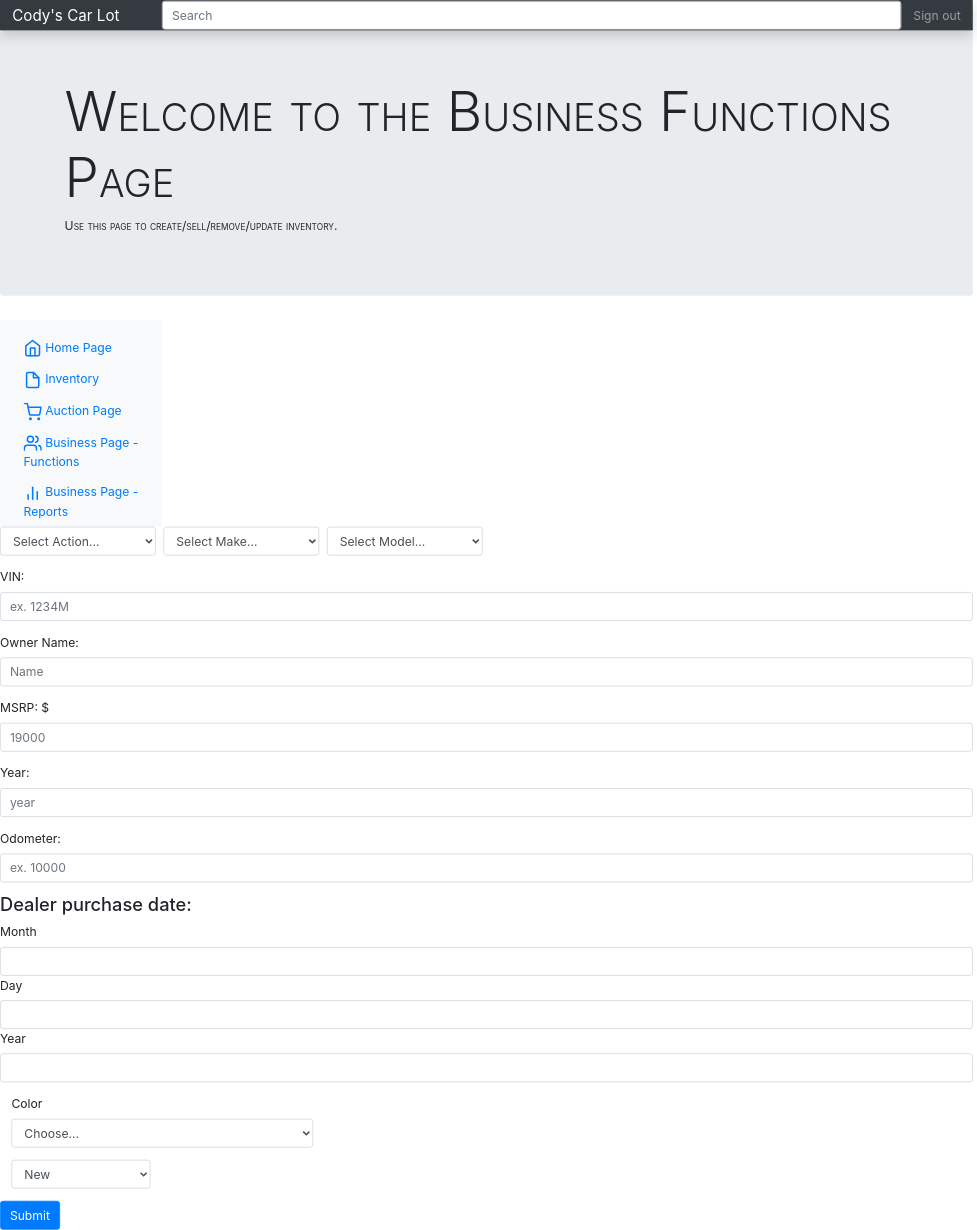
Repository: CodyHogge/CarDealershipProject
Page: http://localhost/CarDealershipProject/booted_functions.jsp
An editor plug-in stored every save of this project. The page is shown before and after the next save, followed by the edit.
The browser window is 1280 px wide. The page is 1285 px wide, so the pictures cover 1285 px, including what lies to the right of the window. The pictures show the whole page, at 76% of full size.
The page is served by Tomcat 9. Other server files are loaded and not shown.

Above is the page before, as saved 2020-09-16 16:35:59.

### CarDealershipProject/WebContent/booted_functions.jsp
<%@ taglib prefix="c" uri="http://java.sun.com/jsp/jstl/core" %>
<%@ page language="java" contentType="text/html; charset=ISO-8859-1"
    pageEncoding="ISO-8859-1"%>
<!DOCTYPE html>
<html>
<head>
<meta charset="ISO-8859-1">
<title>Cody's Car Lot</title>
<link rel="stylesheet" href="https://stackpath.bootstrapcdn.com/bootstrap/4.5.2/css/bootstrap.min.css" integrity="sha384-JcKb8q3iqJ61gNV9KGb8thSsNjpSL0n8PARn9HuZOnIxN0hoP+VmmDGMN5t9UJ0Z" crossorigin="anonymous">
<link rel="stylesheet" href="./styles/styles.css">
</head>
<body>
	<nav class="navbar navbar-dark sticky-top bg-dark flex-md-nowrap p-0 shadow">
  		<a class="navbar-brand col-md-3 col-lg-2 mr-0 px-3" href="#">Cody's Car Lot</a>
  			<button class="navbar-toggler position-absolute d-md-none collapsed" type="button" data-toggle="collapse" data-target="#sidebarMenu" aria-controls="sidebarMenu" aria-expanded="false" aria-label="Toggle navigation">
    			<span class="navbar-toggler-icon"></span>
  			</button>
  		<input class="form-control form-control-dark w-100" type="text" placeholder="Search" aria-label="Search">
  		<ul class="navbar-nav px-3">
    		<li class="nav-item text-nowrap">
      			<a class="nav-link" href="#">Sign out</a>
    		</li>
  		</ul>
	</nav>

	<div class="jumbotron">
    	<div class="container">
      		<h1 class="display-3">Welcome to the Business Functions Page</h1>
      		<p>Use this page to create/sell/remove/update inventory.</p>
    	</div>
  	</div>



	<div class="container-fluid">
  		<div class="row">
    		<nav id="sidebarMenu" class="col-md-3 col-lg-2 d-md-block bg-light sidebar collapse show" style="">
      			<div class="sidebar-sticky pt-3">
        			<ul class="nav flex-column">
          				<li class="nav-item">
            				<a class="nav-link active" href="booted_home.jsp">
              					<svg xmlns="http://www.w3.org/2000/svg" width="24" height="24" viewBox="0 0 24 24" fill="none" stroke="currentColor" stroke-width="2" stroke-linecap="round" stroke-linejoin="round" class="feather feather-home"><path d="M3 9l9-7 9 7v11a2 2 0 0 1-2 2H5a2 2 0 0 1-2-2z"></path><polyline points="9 22 9 12 15 12 15 22"></polyline></svg>
              					Home Page
            				</a>
          				</li>
          				<li class="nav-item">
            				<a class="nav-link" href="booted_inventory.jsp">
              					<svg xmlns="http://www.w3.org/2000/svg" width="24" height="24" viewBox="0 0 24 24" fill="none" stroke="currentColor" stroke-width="2" stroke-linecap="round" stroke-linejoin="round" class="feather feather-file"><path d="M13 2H6a2 2 0 0 0-2 2v16a2 2 0 0 0 2 2h12a2 2 0 0 0 2-2V9z"></path><polyline points="13 2 13 9 20 9"></polyline></svg>
              					Inventory
            				</a>
          				</li>
          				<li class="nav-item">
            				<a class="nav-link" href="booted_auction.jsp">
              					<svg xmlns="http://www.w3.org/2000/svg" width="24" height="24" viewBox="0 0 24 24" fill="none" stroke="currentColor" stroke-width="2" stroke-linecap="round" stroke-linejoin="round" class="feather feather-shopping-cart"><circle cx="9" cy="21" r="1"></circle><circle cx="20" cy="21" r="1"></circle><path d="M1 1h4l2.68 13.39a2 2 0 0 0 2 1.61h9.72a2 2 0 0 0 2-1.61L23 6H6"></path></svg>
              					Auction Page
            				</a>
          				</li>
          				<li class="nav-item">
            				<a class="nav-link" href="booted_functions.jsp">
              					<svg xmlns="http://www.w3.org/2000/svg" width="24" height="24" viewBox="0 0 24 24" fill="none" stroke="currentColor" stroke-width="2" stroke-linecap="round" stroke-linejoin="round" class="feather feather-users"><path d="M17 21v-2a4 4 0 0 0-4-4H5a4 4 0 0 0-4 4v2"></path><circle cx="9" cy="7" r="4"></circle><path d="M23 21v-2a4 4 0 0 0-3-3.87"></path><path d="M16 3.13a4 4 0 0 1 0 7.75"></path></svg>
              					Business Page - Functions <span class="sr-only">(current)</span>
            				</a>
          				</li>
          				<li class="nav-item">
            				<a class="nav-link" href="booted_reports.jsp">
              					<svg xmlns="http://www.w3.org/2000/svg" width="24" height="24" viewBox="0 0 24 24" fill="none" stroke="currentColor" stroke-width="2" stroke-linecap="round" stroke-linejoin="round" class="feather feather-bar-chart-2"><line x1="18" y1="20" x2="18" y2="10"></line><line x1="12" y1="20" x2="12" y2="4"></line><line x1="6" y1="20" x2="6" y2="14"></line></svg>
             	 				Business Page - Reports
            				</a>
          				</li>
        			</ul>
      			</div>
    		</nav>
  		</div>
	</div>

	<form action="inventoryUpdateServlet" method="post">
  		<div class="form-row">
  			<div class="form-group col-md-2">
      			<select name="action" id="action" class="form-control">
      				<option>Select Action...</option>
      				<option value="add">Add</option>
      				<option value="remove">Remove</option>
      				<option value="sell">Sell</option>
      			</select>
    		</div>
    		<div class="form-group col-md-2">
      			<select name="make" id="make" class="form-control">
      				<option>Select Make...</option>
      				<option value="mazda">Mazda</option>
      				<option value="ford">Ford</option>
      				<option value="toyota">Toyota</option>
      			</select>
    		</div>
    		<div class="form-group col-md-2">
      			<select name="model" id="model" class="form-control">
      				<option>Select Model...</option>
      				<option value="mazda3">Mazda3</option>
      				<option value="cx5">CX5</option>
      				<option value="corolla">Corolla</option>
      				<option value="mustang">Mustang</option>
      			</select>
    		</div>
  		</div>
  		<div class="form-group">
			<label for="vin">VIN: </label>
			<input type="text" class="form-control cold-md-2" name="vin" id="vin" placeholder="ex. 1234M">
		</div>
		<div class="form-group">
			<label for="ownerName">Owner Name: </label>
			<input type="text" class="form-control" name="ownerName" id="ownerName" placeholder="Name">
		</div>
		<div class="form-group">
			<label for="msrp">MSRP: </label>
			$<input type="text" class="form-control" name="msrp" id="msrp" placeholder="19000">
		</div>
		<div class="form-group">
			<label for="year">Year: </label>
			<input type="text" class="form-control" name="year" id="year" placeholder="year">
		</div>
		<div class="form-group">
			<label for="odometer">Odometer: </label>
			<input type="text" class="form-control" name="odometer" id="odometer" placeholder="ex. 10000">
		</div>
		<div class="form-group">
			<h4>Dealer purchase date:</h4>
				<label for="dealer-mm">Month</label>
				<input type="text" class="form-control" name="dealer-mm" id="dealer-mm">
				<label for="dealer-dd">Day</label>
				<input type="text" class="form-control" name="dealer-dd" id="dealer-dd">
				<label for="dealer-yyyy">Year</label>
				<input type="text" class="form-control" name="dealer-yyyy" id="dealer-yyyy">
		</div>
    	<div class="form-group col-md-4">
      		<label for="color">Color</label>
      		<select id="color" class="form-control">
        			<option selected>Choose...</option>
        			<option value="BLACK">Black</option>
        			<option value="BLUE">Blue</option>
        			<option value="GREEN">Green</option>
        			<option value="RED">Red</option>
        			<option value="WHITE">White</option>
      			</select>
    	</div>
  		<div class="form-group col-md-2">
			<select class="form-control" name="condition" id="condition">
				<option value="new">New</option>
				<option value="used">Used</option>
			</select>
		</div>
  		<button type="submit" class="btn btn-primary">Submit</button>
	</form>

</body>
</html>

### CarDealershipProject/WebContent/styles/styles.css
.top-banner{
	font-variant: small-caps;
	font-size: 16pt;
	border-style: dotted;
	border-right-width: 1px;
	border-left-width: 1px;
	border-top-width: 1px;
	border-bottom-width: 1px;
	border-color: black;
	background-color: #d5d5d5;
	color: orange;
}

.avail-cars{
	margin: 15px;
	background-color: #d5d5d5;
	border-style: solid;
	border-right-width: 1px;
	border-left-width: 1px;
	border-top-width: 1px;
	border-bottom-width: 1px;
	border-color: black;
}

.avail-cars.td{
	background-color: gray;
	border-style: solid;
	border-right-width: 2px;
	border-left-width: 2px;
	border-top-width: 2px;
	border-bottom-width: 2px;
	border-color: black;
}

.sold-cars{
	margin: 15px;
	background-color: #d5d5d5;
	border-style: solid;
	border-right-width: 1px;
	border-left-width: 1px;
	border-top-width: 1px;
	border-bottom-width: 1px;
	border-color: black;
}

.h4{
	margin: 10px;
	font-variant: small-caps;
}

.display-3 {
	font-variant: small-caps !important;
}

.jumbotron {
	font-variant: small-caps!important;
}

After the next save:
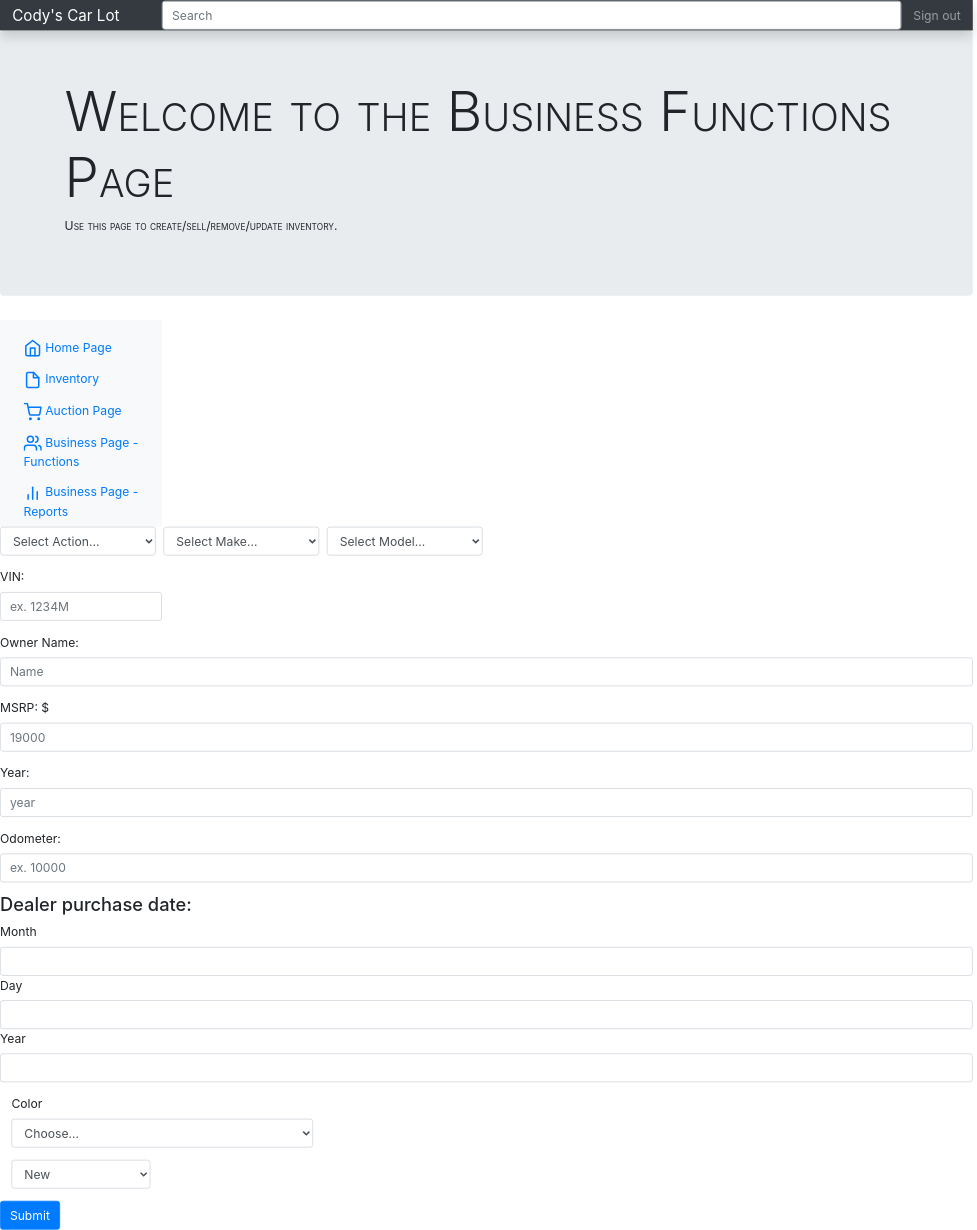
Saved 15 s later.
--- a/CarDealershipProject/WebContent/booted_functions.jsp
+++ b/CarDealershipProject/WebContent/booted_functions.jsp
@@ -103,7 +103,7 @@
   		</div>
   		<div class="form-group">
 			<label for="vin">VIN: </label>
-			<input type="text" class="form-control cold-md-2" name="vin" id="vin" placeholder="ex. 1234M">
+			<input type="text" class="form-control col-md-2" name="vin" id="vin" placeholder="ex. 1234M">
 		</div>
 		<div class="form-group">
 			<label for="ownerName">Owner Name: </label>
